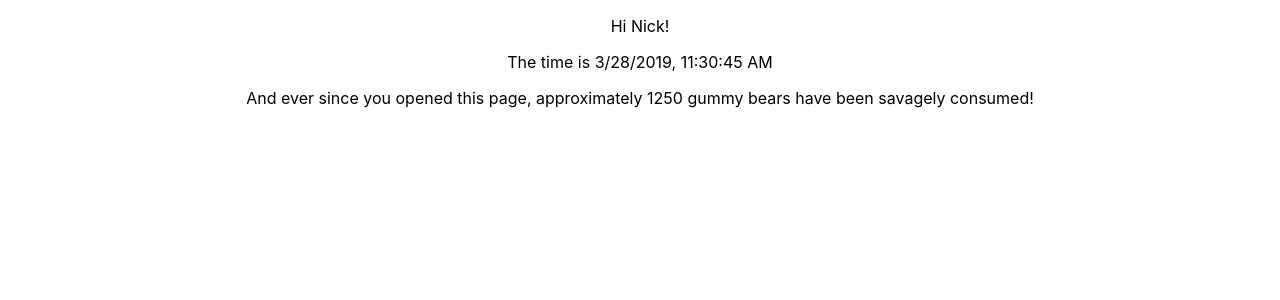
Repository: crispinonicky/gummy-facts
Page: /
The author's editor kept a copy of each file at every save. The page is drawn from the files as they stood at one save, then again after the next save.
The browser window is 1280 px wide. The pictures show the whole page.
The project was rebuilt for these pictures with package versions that can differ from the ones it lists, and the page was loaded fresh each time.

Above is the page before, as saved 2019-03-28 13:49:02.

After the next save:
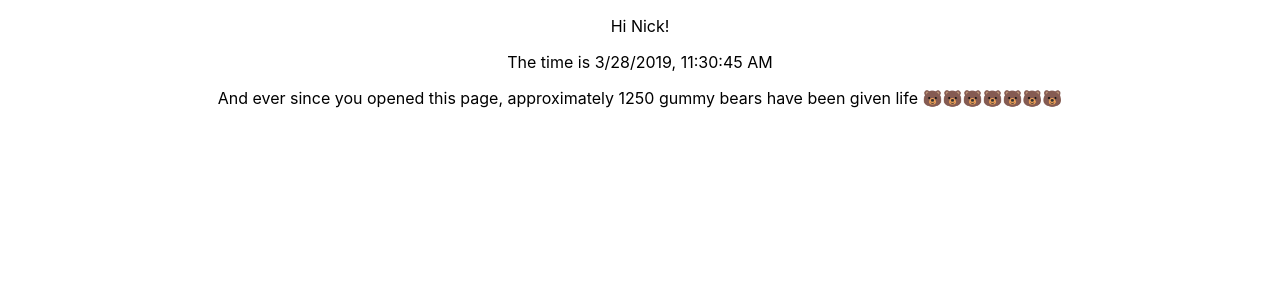
Saved 6 min 29 s later.
--- a/src/components/Gummies.js
+++ b/src/components/Gummies.js
@@ -125,7 +125,8 @@ class Gummies extends React.Component {
     return (
       <div>
         <p>
-        And ever since you opened this page, approximately {this.state.seconds} gummy bears have been savagely consumed!
+        And ever since you opened this page, approximately {this.state.seconds} gummy bears
+        have been given life 🐻🐻🐻🐻🐻🐻🐻
         </p>
       </div>
     );
